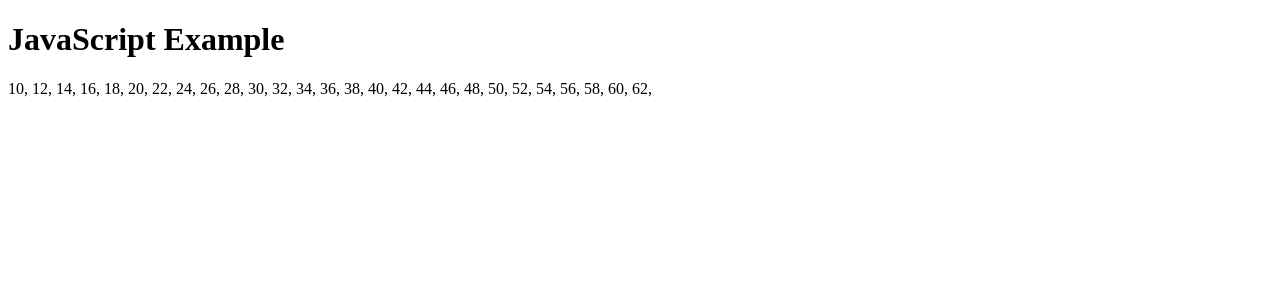
Repository: aaikinsm/FDM-Programs
Page: HTMLExample/WebContent/jsample.html
These files come from the project's save history. The page is drawn as it stood at one moment and after the next save; the edit follows.
The browser window is 1280 px wide. The pictures show the whole page.

Above is the page before, as saved 2017-05-17 14:18:18.

After the next save:
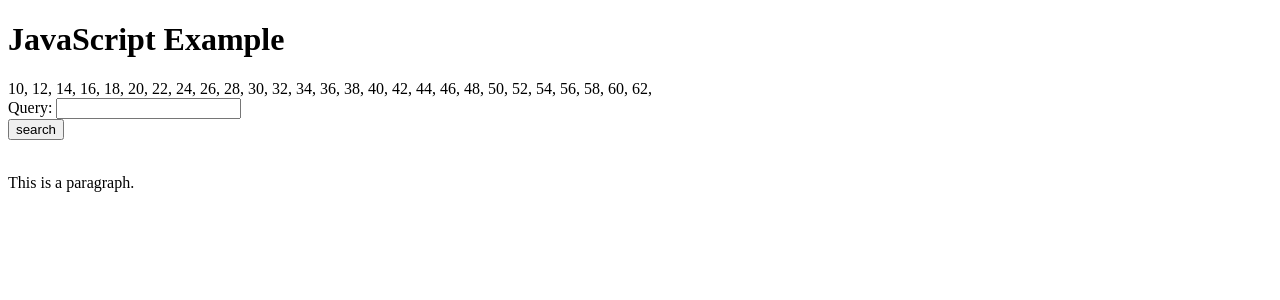
Saved 24 min 18 s later.
--- a/HTMLExample/WebContent/jsample.html
+++ b/HTMLExample/WebContent/jsample.html
@@ -7,8 +7,14 @@
 	</head>
 	<body>
 		<h1>JavaScript Example</h1>
-		<script type="text/javascript">
-			printEvenNumbers(10, 64);
-		</script>
+		<script type="text/javascript">printEvenNumbers(10, 64);</script>
+		<form id="form1" method="get" action="http://www.google.ca/search">
+			Query: <input type="text" id="query" name="q"><br/>
+			<input type="submit" value="search">
+		</form>
+		<br/>
+		<div id="div1">
+			<p>This is a paragraph.</p>
+		</div>
 	</body>
 </html>
